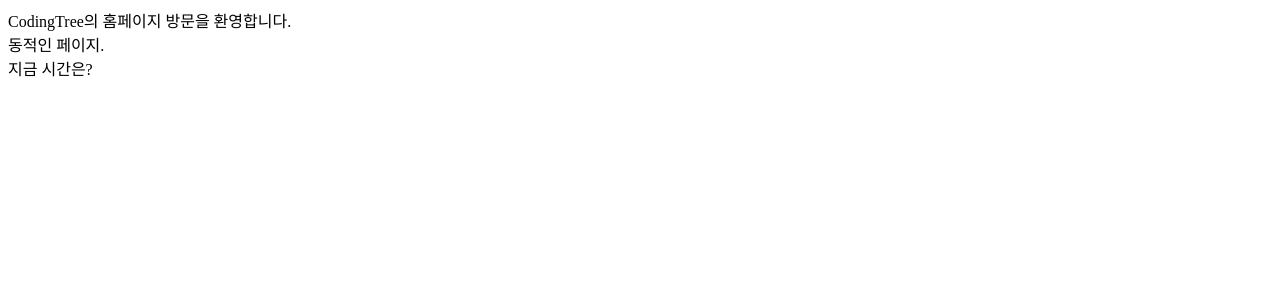
Repository: pol963/Jsp
Page: http://localhost/WEB/time.jsp
These files come from the project's save history. The page is drawn as it stood at one moment and after the next save; the edit follows.
The browser window is 1280 px wide. The pictures show the whole page.
The page is served by Tomcat 9.

Above is the page before, as saved 2022-04-28 21:28:51.

After the next save:
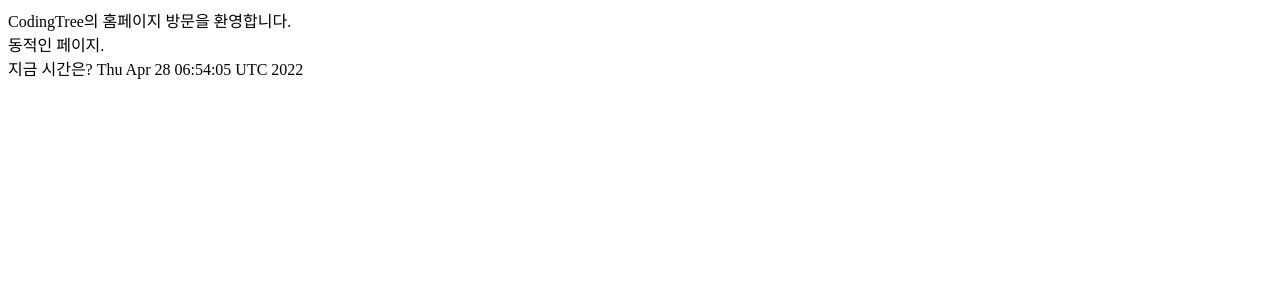
Saved 14 s later.
--- a/WEB/webapp/time.jsp
+++ b/WEB/webapp/time.jsp
@@ -17,7 +17,8 @@
 
 	CodingTree의 홈페이지 방문을 환영합니다.<br>
 	동적인 페이지.<br>
-	지금 시간은?
+	지금 시간은? <%= d.toString() %>
+
 
 </body>
 </html>
